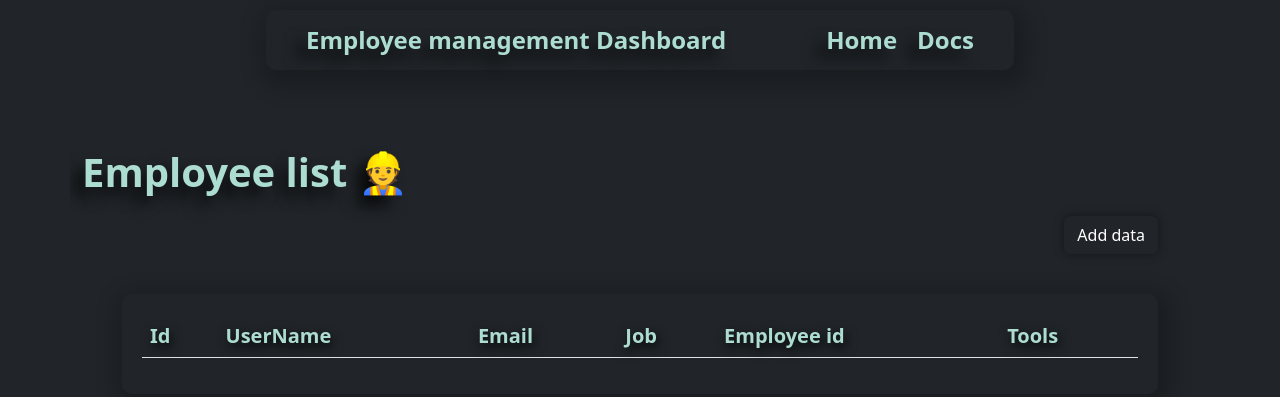
Repository: iamevs/Employee-Management-System
Page: /home (app in client/)
An editor plug-in stored every save of this project. The page is shown before and after the next save, followed by the edit.
The browser window is 1280 px wide. The pictures show the whole page.
The page's requests for data from a server got no answer. The project was rebuilt for these pictures with package versions that can differ from the ones it lists, and the page was loaded fresh each time. No one was signed in, and anything a server would have sent is missing. Also part of the build but not shown: client/vite.config.js, client/src/components/Register.jsx, client/src/components/Edit.jsx, client/src/components/Hero.jsx. Imported but missing from the stored project, and not drawn on this page: client/src/components/Details.

Above is the page before, as saved 2022-11-29 00:41:36.

### client/index.html
<html lang="en">
  <head>
    <meta charset="UTF-8" />
    <link rel="icon" type="image/svg+xml" href="/vite.svg" />
    <meta name="viewport" content="width=device-width, initial-scale=1.0" />
    <title>employee-management</title>
  </head>
  <body>
    <div id="root"></div>
    <script type="module" src="/src/main.jsx"></script>
  </body>
</html>

### client/src/main.jsx
import React, { StrictMode } from 'react';
import ReactDOM from 'react-dom';
import { createRoot } from "react-dom/client";
import './index.css';
import App from './App';
import { BrowserRouter } from "react-router-dom"
import ContextProvider from "./components/context/ContextProvider";
// root.render(
//   <StrictMode>
//   <ContextProvider>
//     <BrowserRouter>
//       <App />
//     </BrowserRouter>
//   </ContextProvider>
//   </StrictMode>
//   ,
//   document.getElementById('root')
// );


createRoot(document.getElementById('root')).render(
  <ContextProvider>
    <BrowserRouter>
      <App />
    </BrowserRouter>
  </ContextProvider>
)

### client/src/index.css
body {
  margin: 0;
  font-family: -apple-system, BlinkMacSystemFont, 'Segoe UI', 'Roboto', 'Oxygen',
    'Ubuntu', 'Cantarell', 'Fira Sans', 'Droid Sans', 'Helvetica Neue',
    sans-serif;
  -webkit-font-smoothing: antialiased;
  -moz-osx-font-smoothing: grayscale;
  background-color: #212529 !important;
  color: #fff !important;
}

code {
  font-family: source-code-pro, Menlo, Monaco, Consolas, 'Courier New',
    monospace;
}

.btns{
  display: flex;
  justify-content: space-between;
}

.btns > .tool, .tool{
  /* border: 1px solid #fff; */
  backdrop-filter: blur(10px);
  box-shadow: 0px 0px 9px 1px rgb(0 0 0 / 35%);
}

### client/src/App.jsx
import './App.css';
import "../node_modules/bootstrap/dist/css/bootstrap.min.css"
import "../node_modules/bootstrap/dist/js/bootstrap.bundle.min.js"
import Navbar from './components/Navbar';
import Home from './components/Home';
import Register from './components/Register';
import Edit from './components/Edit';
import Details from './components/Details';
import Hero from "./components/Hero.jsx";
import {Routes,Route} from "react-router-dom"




function App() {
  return (
   <>
    <Navbar />
    <Routes>
      <Route path="/" element={<Hero/>} />
      <Route  path="/home" element={<Home/>} />
      <Route exact path="/register" element={<Register/>} />
      <Route exact path="/edit/:id" element={<Edit/>} />
      <Route exact path="/view/:id" element={<Details/>} />
    </Routes>

   </>
  );
}

export default App;

### client/src/components/context/ContextProvider.jsx
import React, { createContext, useState } from 'react'


export const adddata = createContext("");
export const updatedata = createContext("");
export const deldata = createContext("");

const ContextProvider = ({ children }) => {

    const [udata, setUdata] = useState("");
    const [updata, setUPdata] = useState("");
    const [dltdata, setDLTdata] = useState("");


    return (
        <adddata.Provider value={{ udata, setUdata }}>
            <updatedata.Provider value={{ updata, setUPdata }}>
                <deldata.Provider value={{dltdata, setDLTdata}}>
                    {children}
                </deldata.Provider>

            </updatedata.Provider>

        </adddata.Provider>
    )
}

export default ContextProvider;

### client/src/App.css
.add_btn{
  text-align: right;
}

.container{
  overflow: auto;
}

.left_view h3{
  font-size: 21px;
}

.left_view p{
  font-weight: 600;
}

.left_view span{
  font-weight: 400;
}

.right_view p{
  font-weight: 600;
}


.right_view span{
  font-weight: 400;
}

### client/src/components/Navbar.jsx
import React from 'react'
import { NavLink } from 'react-router-dom'
import { Box, Stack } from "@mui/material";


const Navbar = () => {
    return (
        <Stack justifyContent={"center"} direction={"row"} marginTop={"10px"}>
            <Box justifyContent={"space-between"} alignItems={"center"} className="navbar navbar-expand-lg text-white" sx={{
                backgroundColor: "transparent",
                backdropFilter: "blur(10px) !important",
                position: "relative",
                color: "white",
                boxShadow: "4px 7px 20px 11px rgb(0 0 0 / 20%)",
                height: "60px",
                padding: "0 40px 0 40px",
                width: "auto",
                borderRadius: "10px"
            }}>
                <Box sx={{
                    fontSize: "1.5rem",
                    color: "#ADDDD0",
                    fontWeight: "600",
                    textShadow: "-10px 10px 15px rgba(0, 0, 0, 0.8)",
                    marginRight: "100px"
                }}>Employee management Dashboard</Box>
                <Box direction={"row"}>
                    <a href="/home" style={{
                        fontSize: "1.5rem",
                        color: "#ADDDD0",
                        fontWeight: "600",
                        textShadow: "-10px 10px 15px rgba(0, 0, 0, 0.8)",
                        textDecoration: "none",
                    }}>Home</a>
                    <a href="/" style={{
                        fontSize: "1.5rem",
                        color: "#ADDDD0",
                        fontWeight: "600",
                        textShadow: "-10px 10px 15px rgba(0, 0, 0, 0.8)",
                        textDecoration: "none",
                        marginLeft: "20px"
                    }}>Docs</a>

                </Box>
            </Box>
        </Stack>
    )
}

export default Navbar

### client/src/components/Home.jsx
import React, { useState, useEffect, useContext } from 'react'
import ReadMoreRoundedIcon from '@mui/icons-material/ReadMoreRounded';
import NoteAltOutlinedIcon from '@mui/icons-material/NoteAltOutlined';
import DeleteOutlineIcon from '@mui/icons-material/DeleteOutline';
import { NavLink } from 'react-router-dom';
import { adddata, deldata } from './context/ContextProvider';
import { updatedata } from './context/ContextProvider'
import ReactTooltip from 'react-tooltip';

var getuserlink = "http://localhost:8001/getusers";


const Home = () => {

    const [getuserdata, setUserdata] = useState([]);

    console.log(getuserdata);

    const { udata, setUdata } = useContext(adddata);

    const { updata, setUPdata } = useContext(updatedata);

    const { dltdata, setDLTdata } = useContext(deldata);

    const getdata = async () => {

        const res = await fetch(getuserlink, {
            method: "GET",
            headers: {
                "Content-Type": "application/json"
            }
        });

        const data = await res.json();
        console.log(data);

        if (res.status === 422 || !data) {
            console.log("error ");

        } else {
            setUserdata(data)
            console.log("get data");

        }
    }

    useEffect(() => {
        getdata();
    }, [])

    const deleteuser = async (id) => {

        const res2 = await fetch(`/deleteuser/${id}`, {
            method: "DELETE",
            headers: {
                "Content-Type": "application/json"
            }
        });

        const deletedata = await res2.json();
        console.log(deletedata);

        if (res2.status === 422 || !deletedata) {
            console.log("error");
        } else {
            console.log("user deleted");
            setDLTdata(deletedata)
            getdata();
        }

    }


    return (

        <>
            {
                udata ?
                    <>
                        <div className="alert alert-success alert-dismissible fade show" role="alert">
                            <strong>{udata.name}</strong>  added succesfully!
                            <button type="button" className="btn-close" data-bs-dismiss="alert" aria-label="Close"></button>
                        </div>
                    </> : ""
            }
            {
                updata ?
                    <>
                        <div className="alert alert-success alert-dismissible fade show" role="alert">
                            <strong>{updata.name}</strong>  updated succesfully!
                            <button type="button" className="btn-close" data-bs-dismiss="alert" aria-label="Close"></button>
                        </div>
                    </> : ""
            }

            {
                dltdata ?
                    <>
                        <div className="alert alert-danger alert-dismissible fade show" role="alert">
                            <strong>{dltdata.name}</strong>  deleted succesfully!
                            <button type="button" className="btn-close" data-bs-dismiss="alert" aria-label="Close"></button>
                        </div>
                    </> : ""
            }


            <div className="mt-5">
                <div className="container">

                    <h2 style={{
                        marginTop: "30px",
                        fontSize: "2.5rem",
                        color: "#ADDDD0",
                        fontWeight: "600",
                        marginBottom: "20px",
                        textShadow: "-10px 10px 15px rgba(0, 0, 0, 0.8)"
                    }}>Employee list <span style={{ fontSize: "40px" }}>👷</span> </h2>
                    <div className="add_btn mt-2 mb-2">
                        <NavLink to="/register" className="btn text-white tool" style={{marginRight: "40px"}}>Add data</NavLink>
                    </div>

                    <div className='table-responsive' style={{
                        backgroundColor: "transparent",
                        backdropFilter: "blur(10px) !important",
                        // position: "relative",
                        // color: "#ADDDD0",
                        boxShadow: "4px 7px 20px 11px rgb(0 0 0 / 20%)",
                        borderRadius: "10px",
                        padding: "20px",
                        height: "auto",
                        margin: "40px"
                    }}>
                        <table class="table">
                            <thead>
                                <tr className="table" style={{
                                    fontSize: "20px",
                                    color: "#ADDDD0",
                                    filter: "drop-shadow(2px 4px 6px black)",
                                }}>
                                    <th scope="col">Id</th>
                                    <th scope="col">UserName</th>
                                    <th scope="col">Email</th>
                                    <th scope="col">Job</th>
                                    <th scope="col">Employee id</th>
                                    <th scope="col">Tools</th>
                                </tr>
                            </thead>
                            <tbody>

                                {
                                    getuserdata.map((val, ind) => {
                                        return (
                                            <tr className='text-white'>
                                                <th scope="row">{ind + 1}</th>
                                                <td>{val.name}</td>
                                                <td>{val.email}</td>
                                                <td>{val.work}</td>
                                                <td>{val.mobile}</td>
                                                <td className='btns'>
                                                    <NavLink to={`/view/${val._id}`} className="btn text-white tool" data-tip="More Details"><ReadMoreRoundedIcon /></NavLink>
                                                    <NavLink to={`/update/${val._id}`} className="btn text-white tool" data-tip="Edit Details"><NoteAltOutlinedIcon /></NavLink>
                                                    <button onClick={() => deleteuser(val._id)} className="btn text-white tool" data-tip="Fire Employee"><DeleteOutlineIcon /></button>
                                                    <ReactTooltip />
                                                </td>
                                            </tr>
                                        )
                                    })
                                }
                            </tbody>
                        </table>
                    </div>
                </div>
            </div>
        </>
    )
}

export default Home

After the next save:
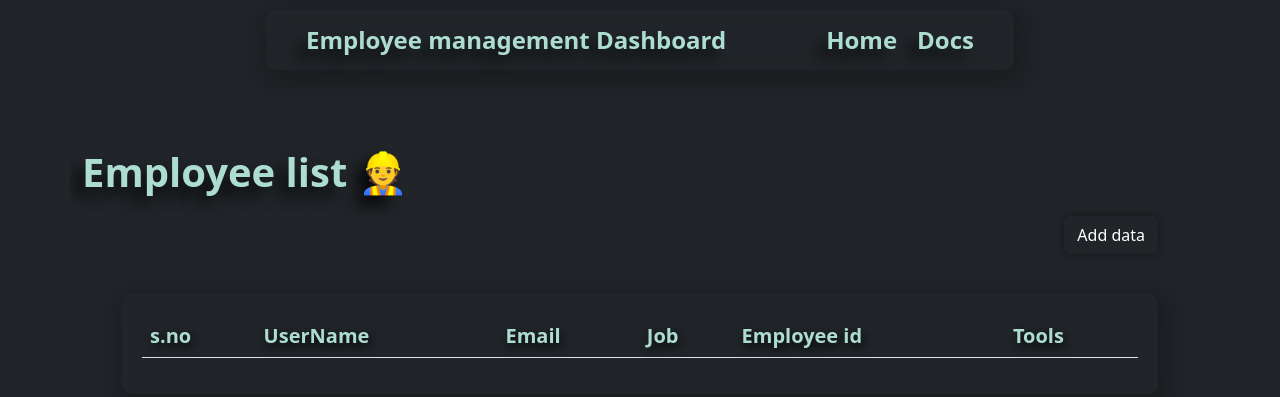
Saved 9 s later.
--- a/client/src/components/Home.jsx
+++ b/client/src/components/Home.jsx
@@ -137,7 +137,7 @@ const Home = () => {
                                     color: "#ADDDD0",
                                     filter: "drop-shadow(2px 4px 6px black)",
                                 }}>
-                                    <th scope="col">Id</th>
+                                    <th scope="col">s.no</th>
                                     <th scope="col">UserName</th>
                                     <th scope="col">Email</th>
                                     <th scope="col">Job</th>
